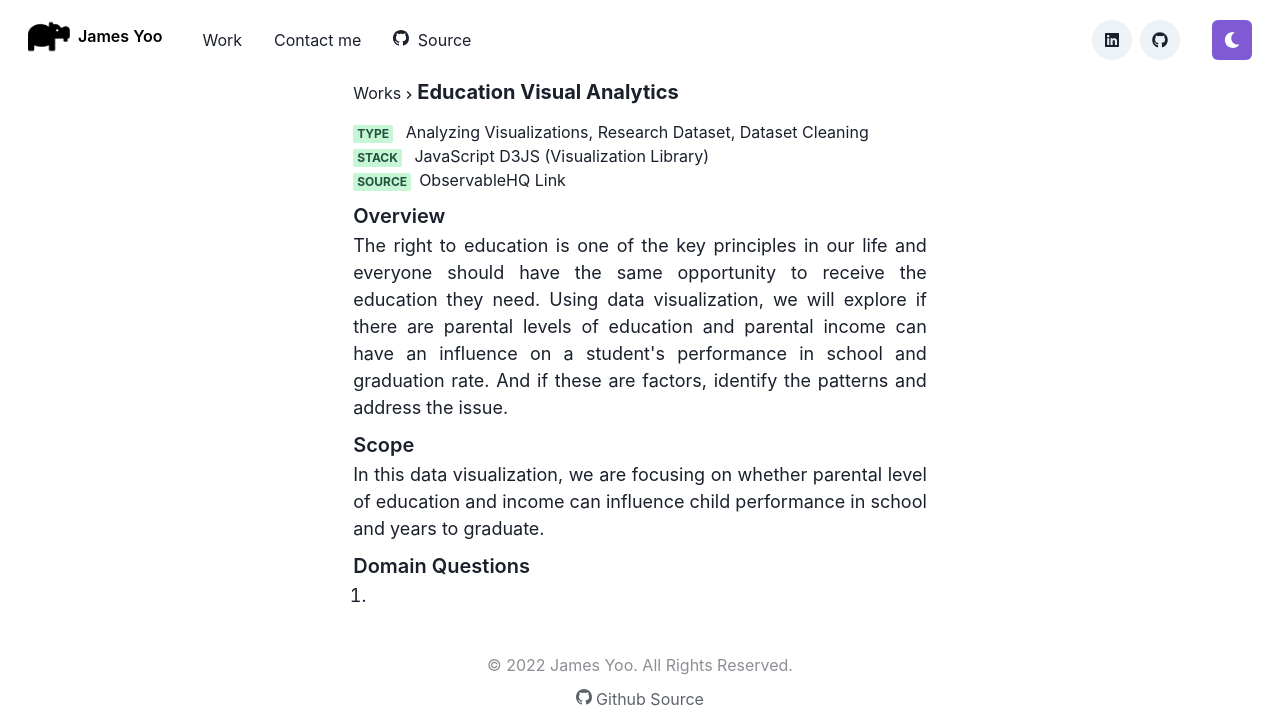
Repository: jammy729/portfolio-2022
Page: /work/educationvisualanalytics
The author's editor kept a copy of each file at every save. The page is drawn from the files as they stood at one save, then again after the next save.
The browser window is 1280 px wide. The pictures show the whole page.
The project was rebuilt for these pictures with package versions that can differ from the ones it lists, and the page was loaded fresh each time. Also part of the build but not shown: src/components/home.js, src/components/contact.js, src/components/layouts/layout.js, src/components/work/work.js, src/components/work/Development/WorldInstitutionDatabase/worldinstitutiondatabase.js, src/components/work/Development/GeoMemories/geomemories.js, src/components/work/Design/ExperienceDesign/experiencedesign.js, src/components/work/Development/PersonalPortfolio/personalportfolio.js. Imported but missing from the stored project, and not drawn on this page: src/components/work/Design/FinestCup/finestcup, src/components/work/Development/WorldInstitutionDatabase/universityDatabase.mp4.

Above is the page before, as saved 2022-06-28 15:09:28.

### public/index.html
<!DOCTYPE html>
<html lang="en">
  <head>
    <meta charset="utf-8" />
    <meta name="viewport" content="width=device-width, initial-scale=1" />

    <link rel="shortcut icon" href="%PUBLIC_URL%/hippo.png" />
    <link rel="manifest" href="%PUBLIC_URL%/manifest.json" />

    <title>James Yoo</title>
  </head>
  <body>
    <div id="root"></div>
  </body>
</html>

### src/index.js
import React from 'react'
import ReactDOM from 'react-dom/client'
import './index.css'
import App from './components/App'
import { ChakraProvider, ColorModeScript } from '@chakra-ui/react'

const root = ReactDOM.createRoot(document.getElementById('root'))
root.render(
  <React.StrictMode>
    <ChakraProvider>
      <ColorModeScript initialColorMode='light' />
      <App />
    </ChakraProvider>
  </React.StrictMode>
)

### src/index.css
html, body {
    height: 100%;
  }

### src/components/App.js
import React from 'react'
import Navbar from './navbar'
import { BrowserRouter as Router, Routes, Route } from 'react-router-dom'
import Home from './home'
import Contact from './contact'
import Work from './work/work'
import Footer from './footer'

import UniversityDatabase from './work/Development/WorldInstitutionDatabase/worldinstitutiondatabase'
import GeoMemories from './work/Development/GeoMemories/geomemories'
import FinestCup from './work/Design/FinestCup/finestcup'
import ExperienceDesign from './work/Design/ExperienceDesign/experiencedesign'
import EducationVisualAnalytic from './work/Development/EducationVisualAnalytics/educationvisualanalytics'
import PersonalPortfolio from './work/Development/PersonalPortfolio/personalportfolio'

const App = () => {
  return (
    <Router>
      <Navbar />
      <Routes>
        <Route exact path='/' element={<Home />} />

        <Route exact path='/work' element={<Work />} />
        <Route
          exact
          path='/work/worldinstitutiondatabase'
          element={<UniversityDatabase />}
        />
        <Route exact path='/work/geomemories' element={<GeoMemories />} />
        <Route
          exact
          path='/work/educationvisualanalytics'
          element={<EducationVisualAnalytic />}
        />
        <Route
          exact
          path='/work/personalportfolio'
          element={<PersonalPortfolio />}
        />

        <Route exact path='/work/finestcup' element={<FinestCup />} />
        <Route
          exact
          path='/work/experiencedesign'
          element={<ExperienceDesign />}
        />
        <Route exact path='/contact' element={<Contact />} />
      </Routes>
      <Footer />
    </Router>
  )
}

export default App

### src/components/navbar.js
import { Link } from 'react-router-dom'
import { IconButton } from '@chakra-ui/button'
import { useColorMode } from '@chakra-ui/color-mode'
import { HamburgerIcon } from '@chakra-ui/icons'
import { GoMarkGithub } from 'react-icons/go'
import {
  Flex,
  Stack,
  HStack,
  Spacer,
  MenuItem,
  MenuButton,
  Menu,
  MenuList,
  Box,
  MenuGroup,
  Text,
  Icon
} from '@chakra-ui/react'
import { FaSun, FaMoon, FaGithub, FaLinkedin } from 'react-icons/fa'

import Logo from './logo'
const Navbar = () => {
  const { colorMode, toggleColorMode } = useColorMode()
  const isDark = colorMode === 'dark'
  return (
    <Stack direction={'row'} p={5}>
      <Flex w='full' mx={2}>
        <Logo />

        <HStack
          ml={7}
          justifyContent='center'
          display={{ base: 'none', lg: 'flex' }}
        >
          <Menu>
            <Box px={3}>
              <Link to='./work'>
                <Text>Work</Text>
              </Link>
            </Box>
            <Box px={3}>
              <Link to='/contact'>Contact me</Link>
            </Box>
            <Box px={3} alignItems='center' display='inline-flex'>
              <a
                href='https://github.com/jammy729/portfolio-2022'
                target='blank'
              >
                <Icon as={GoMarkGithub} mr={1} /> Source
              </a>
            </Box>
          </Menu>
        </HStack>

        <Spacer />

        <Box flex={3} align='right' fontSize='md' fontWeight='semibold'>
          <Box flex={1} display={{ base: 'inline-block', lg: 'none' }}>
            <Menu isLazy id='navbar-menu'>
              <IconButton
                boxSize='3rem'
                mx={1}
                icon={isDark ? <FaSun /> : <FaMoon />}
                onClick={toggleColorMode}
                colorScheme={isDark ? 'orange' : 'purple'}
              />
              <MenuButton
                boxSize='3rem'
                as={IconButton}
                icon={<HamburgerIcon />}
                aria-label='Options'
                colorScheme={isDark ? 'blue' : 'blackAlpha'}
              />
              <MenuList w={['80vw', '50vw']}>
                <MenuGroup>
                  <MenuItem pl={5}>
                    <Link to='./work'>Work</Link>
                  </MenuItem>
                  <MenuItem pl={5}>
                    <Link to='./contact'>Contact</Link>
                  </MenuItem>
                  <MenuItem pl={5}>
                    <a
                      href='https://www.linkedin.com/in/james-yoo-b4a1231a5/'
                      target='blank'
                    >
                      <Icon as={FaLinkedin} mr={1} />
                      LinkedIn
                    </a>
                  </MenuItem>
                  <MenuItem pl={5}>
                    <a href='https://github.com/jammy729' target='blank'>
                      <Icon as={GoMarkGithub} mr={1} />
                      GitHub
                    </a>
                  </MenuItem>
                </MenuGroup>
              </MenuList>
            </Menu>
          </Box>
        </Box>

        <Box display={{ base: 'none', lg: 'flex' }}>
          <a
            href='https://www.linkedin.com/in/james-yoo-b4a1231a5/'
            target='blank'
          >
            <IconButton
              icon={<FaLinkedin />}
              isRound='true'
              linkButton={true}
              mx={2}
            />
          </a>
          <a href='https://github.com/jammy729' target='blank'>
            <IconButton icon={<FaGithub />} isRound='true' linkButton={true} />
          </a>
          <IconButton
            ml={8}
            icon={isDark ? <FaSun /> : <FaMoon />}
            onClick={toggleColorMode}
            colorScheme={isDark ? 'orange' : 'purple'}
          />
        </Box>
      </Flex>
    </Stack>
  )
}

export default Navbar

### src/components/footer.js
import { Box, Icon, Text, Container, HStack } from '@chakra-ui/react'
import styled from '@emotion/styled'
import { GoMarkGithub } from 'react-icons/go'

const Bottom = styled.div`
  position: relative;
  width: 100%;
  text-align: center;
  padding-bottom: 10px;
`

const Footer = () => {
  return (
    <Box as='footer'  w="100%" position="absolute" justifyContent="space-between" mt='2rem'>
      <Container opacity={0.5}>
        <Bottom>
          &copy; {new Date().getFullYear()} James Yoo. All Rights Reserved.
        </Bottom>
      </Container>

      <HStack>
        <Bottom>
          <a
            href='https://github.com/jammy729/portfolio-2022'
            target='_blank'
            rel='noopener noreferrer'
          >
            <Text
              opacity={0.7}
              _hover={{
                opacity: '1'
              }}
            >
              <Icon as={GoMarkGithub} mr={1} />
              Github Source
            </Text>
          </a>
        </Bottom>
      </HStack>
    </Box>
  )
}

export default Footer

### src/components/work/Development/EducationVisualAnalytics/educationvisualanalytics.js
import React from 'react'
import { Title, WorkImage, Tag } from '../../../layouts/work-grid'
import { Box, Container, List, ListItem, OrderedList } from '@chakra-ui/react'
import { Writing, DescriptionText } from '../../layout'

const EducationVisualAnalytics = () => {
  return (
    <Box>
      <Container>
        <Title>Education Visual Analytics</Title>
        {/* BADGES  */}
        <List>
          <ListItem>
            <Tag> Type </Tag> Analyzing Visualizations, Research Dataset,
            Dataset Cleaning
          </ListItem>
          <ListItem>
            <Tag> Stack </Tag> JavaScript D3JS (Visualization Library)
          </ListItem>
          <ListItem>
            <Tag> Source </Tag>
            <a
              target='blank'
              href='https://observablehq.com/@jamesyoo/iat-355-final-project-spring-2021/2'
            >
              ObservableHQ Link
            </a>
          </ListItem>
        </List>

        {/* OVERVIEW   */}
        <Writing size='md' title='Overview' />
        <DescriptionText>
          The right to education is one of the key principles in our life and
          everyone should have the same opportunity to receive the education
          they need. Using data visualization, we will explore if there are
          parental levels of education and parental income can have an influence
          on a student's performance in school and graduation rate. And if these
          are factors, identify the patterns and address the issue.
        </DescriptionText>

        {/* SCOPE  */}
        <Writing size='md' title='Scope' />
        <DescriptionText>
          In this data visualization, we are focusing on whether parental level
          of education and income can influence child performance in school and
          years to graduate.
        </DescriptionText>

        {/* DOMAIN QUESTIONS  */}
        <Writing size='md' title='Domain Questions' />
        <DescriptionText>
          <OrderedList>
            <ListItem>

            </ListItem>
            </OrderedList>
        </DescriptionText>
      </Container>
    </Box>
  )
}

export default EducationVisualAnalytics

/* <Center>
<Container>
  <Title>Education Visual Analytic</Title>
  <Text fontSize={isLargeScreen ? "lg" : "lg"} py={3}>
    Designed and implemented an interactive visualization for
    multidimensional data using Observable.{" "}
  </Text>
  <Text fontSize={isLargeScreen ? "lg" : "lg"} py={3}>
    Implemented two datasets to investigate and question the impact of
    parental levels of education and income on the student's performance
    in school and graduation rate.
  </Text>
  <List py={2}>
    <ListItem>
      <Tag>Type</Tag> Academic Project
    </ListItem>
    <ListItem>
      <Tag>Stack</Tag> JavaScript and D3JS (visualization library)
    </ListItem>
    <ListItem>
      <Tag>Website</Tag>{" "}
      <a href="https://observablehq.com/@jamesyoo/iat-355-final-project-spring-2021/2">
        https://observablehq.com/@jamesyoo/iat-355-final-project-spring-2021/2
      </a>
    </ListItem>
  </List>
</Container>
</Center> */

### src/components/logo.js
import React from 'react'
import { Box, Center, Image, Heading, Text } from '@chakra-ui/react'
import { Link } from 'react-router-dom'
import { useColorMode } from '@chakra-ui/color-mode'
import styled from '@emotion/styled'
import HippoImg from '../contents/hippo.png'
import HippoImgDark from '../contents/hippo-dark.png'
import { useMediaQuery } from '@chakra-ui/react'

const LogoBox = styled.span`
  display: inline-flex;
  align-items: center;

  &:hover img {
    transform: rotate(-10deg);
  }
`
const Logo = () => {
  const { colorMode } = useColorMode()
  const isDark = colorMode === 'dark'
  const [isLargeScreen] = useMediaQuery('(min-width:750px)')
  return (
    <Box>
      <Center>
        <LogoBox>
          <Image
            src={isDark ? HippoImgDark : HippoImg}
            w={{ base: '50px' }}
            pr={2}
          />
          <Heading
            justifyContent='center'
            size={isLargeScreen ? 'md' : 'md'}
            fontWeight='semibold'
            color={isDark ? 'white' : 'black'}
          >
            <Link to='/'>
              <Text fontSize='md'>James Yoo</Text>
            </Link>
          </Heading>
        </LogoBox>
      </Center>
    </Box>
  )
}

export default Logo

### src/components/layouts/work-grid.js
import React from 'react'
import { Link } from 'react-router-dom'
import {
  Box,
  LinkBox,
  LinkOverlay,
  Text,
  Image,
  Heading,
  Badge,
  Center
} from '@chakra-ui/react'
import { useMediaQuery } from '@chakra-ui/media-query'
import { ChevronRightIcon } from '@chakra-ui/icons'
import { useColorMode } from '@chakra-ui/color-mode'

export const WorkGrid = ({ children, id, title, thumbnail }) => {
  const [isLargeScreen] = useMediaQuery('(min-width:750px)')

  return (
    <Box maxW='100%' maxH='auto' pb={6} textAlign='center' position='relative'>
      <Link to={`/work/${id}`}>
        <LinkBox cursor='pointer'>
          <Image
            objectFit='cover'
            margin='auto'
            src={thumbnail}
            alt={title}
            placeholder='blur'
            w='100%'
            h={isLargeScreen ? '300px' : '270px'}
            borderRadius='lg'
            fallbackSrc='https://via.placeholder.com/150'
          />
          <LinkOverlay to={`/work/${id}`}>
            <Text mt={2} fontSize={20} fontWeight='semibold'>
              {title}
            </Text>
          </LinkOverlay>
          <Text fontSize={14} px={5}>
            {children}
          </Text>
        </LinkBox>
      </Link>
    </Box>
  )
}

export const Title = ({ children }) => (
  <Box>
    <Link to='/work'>Works</Link>
    <span>
      <ChevronRightIcon />
    </span>
    <Heading display='inline-block' as='h3' fontSize={20} mb={4}>
      {children}
    </Heading>
  </Box>
)

export const WorkImage = ({ src, alt, caption, w }) => {
  const { colorMode } = useColorMode()

  const isDark = colorMode === 'dark'
  return (
    <Box mb={3}>
      <Image borderRadius='2xl' w={w} src={src} alt={alt} mt={4} />
      <Center>
        <Text color={isDark ? 'gray.300' : 'gray.500'}>{caption}</Text>
      </Center>
    </Box>
  )
}

export const Tag = ({ children }) => (
  <Badge colorScheme='green' mr={2}>
    {children}
  </Badge>
)

### src/components/work/layout.js
import React from 'react'
import { Link } from 'react-router-dom'
import { useColorMode } from '@chakra-ui/color-mode'
import { useMediaQuery } from '@chakra-ui/media-query'

import {
  Center,
  Flex,
  Box,
  Text,
  Button,
  Stack,
  Heading,
  Image
} from '@chakra-ui/react'
import profile from '../work/Home/profile.JPG'
export const HeroSection = ({ name, role, work, contact, src }) => {
  const { colorMode } = useColorMode()
  const isDark = colorMode === 'dark'

  const [isLargeScreen] = useMediaQuery('(min-width:750px)')
  return (
    <Center>
      <Flex>
        <Box>
          <Center>
            <Image
              boxSize={isLargeScreen ? '300px' : '250px'}
              src={profile}
              objectFit='cover'
              borderRadius='lg'
            />
          </Center>

          <Text fontSize='3xl' fontWeight='semibold'>
            {name}
          </Text>
          <Text color={isDark ? 'gray.200' : 'black'} mb={4}>
            {role}
          </Text>
          <Stack direction={isLargeScreen ? 'row' : 'column'}>
            <Link to='./work'>
              <Button
                colorScheme='teal'
                cursor='pointer'
                variant='solid'
                w='100%'
              >
                {work}
              </Button>
            </Link>

            <Link to='./contact'>
              <Button
                colorScheme='teal'
                cursor='pointer'
                variant='outline'
                w='100%'
              >
                {contact}
              </Button>
            </Link>
          </Stack>
        </Box>
      </Flex>
    </Center>
  )
}

export const About = ({ title, bio }) => {
  const [isLargeScreen] = useMediaQuery('(min-width:750px)')

  return (
    <Center>
      <Box width={isLargeScreen ? '600px' : '80%'} margin='auto'>
        <Heading size={isLargeScreen ? 'md' : 'lg'} as='u'>
          {title}
        </Heading>
        <Text
          textAlign='justify'
          py='10px'
          fontSize={{ sm: 'lg', md: 'lg', lg: 'md' }}
        >
          {bio}
        </Text>
      </Box>
    </Center>
  )
}

export const Writings = ({ size, title, description }) => {
  return (
    <>
      <Heading size={size} mt={3} mb={1} fontWeight='semibold'>
        {title}
      </Heading>
      <Text mb={3} fontSize='lg' textAlign='justify'>
        {description}
      </Text>
    </>
  )
}

export const Writing = ({ size, title }) => {
  return (
    <>
      <Heading size={size} mt={3} mb={1} fontWeight='semibold'>
        {title}
      </Heading>
    </>
  )
}

export const DescriptionText = ({ children }) => {
  return (
    <>
      <Text mb={3} fontSize='lg' textAlign='justify'>
        {children}
      </Text>
    </>
  )
}

After the next save:
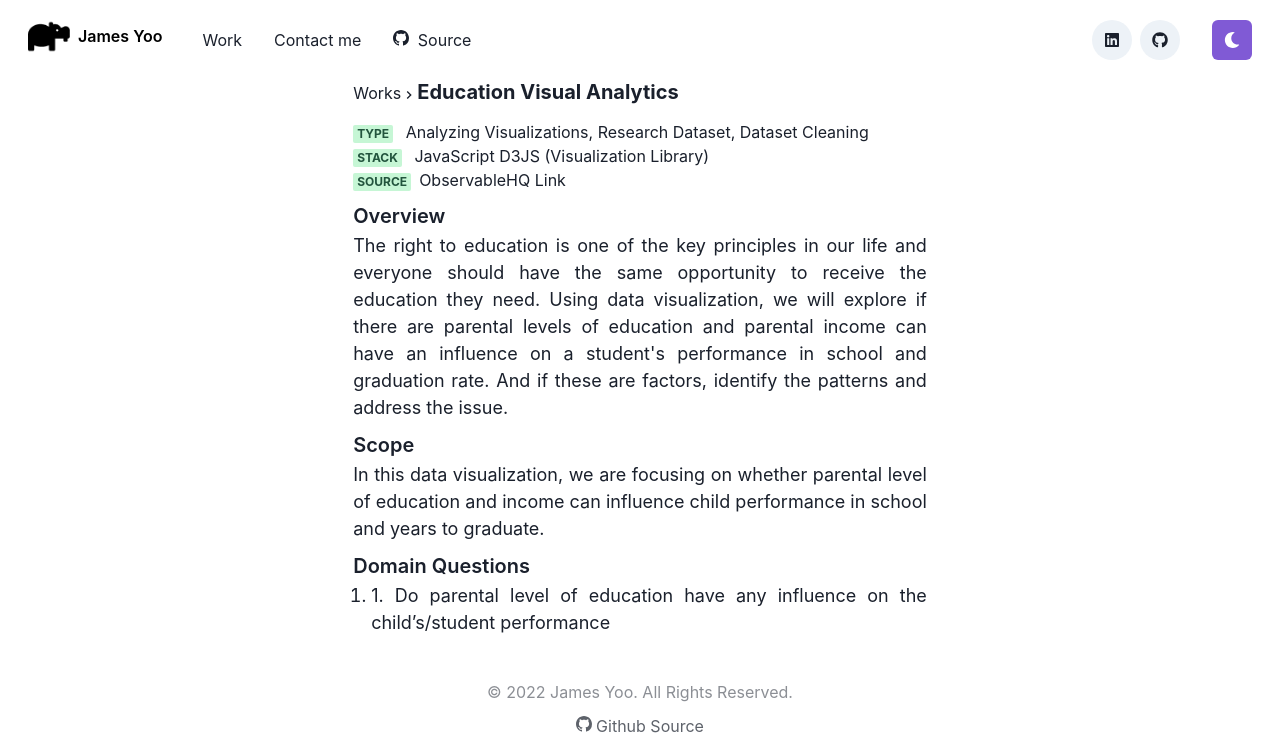
Saved 9 s later.
--- a/src/components/work/Development/EducationVisualAnalytics/educationvisualanalytics.js
+++ b/src/components/work/Development/EducationVisualAnalytics/educationvisualanalytics.js
@@ -52,9 +52,10 @@ const EducationVisualAnalytics = () => {
         <DescriptionText>
           <OrderedList>
             <ListItem>
-
+              1. Do parental level of education have any influence on the
+              child’s/student performance
             </ListItem>
-            </OrderedList>
+          </OrderedList>
         </DescriptionText>
       </Container>
     </Box>
